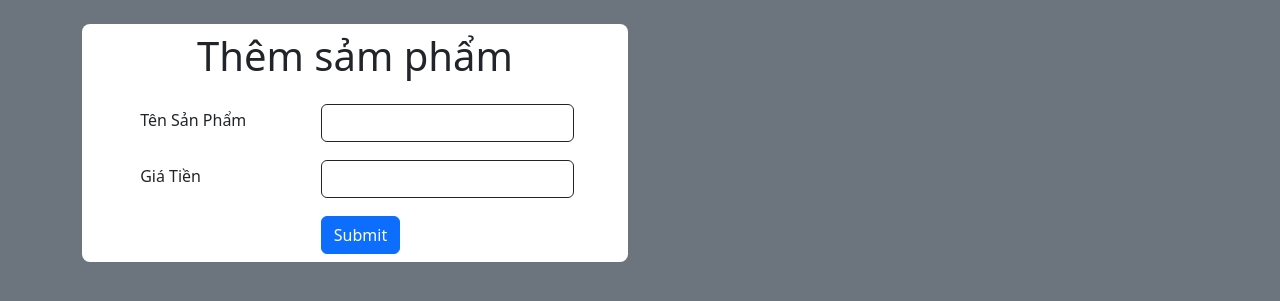
Repository: HT-35/iuh
Page: thi GK/index.html
An editor plug-in stored every save of this project. The page is shown before and after a run of saves, followed by the edit.
The browser window is 1280 px wide. The pictures show the whole page.

Above is the page before, as saved 2024-03-27 18:32:41.

After the next 4 saves:
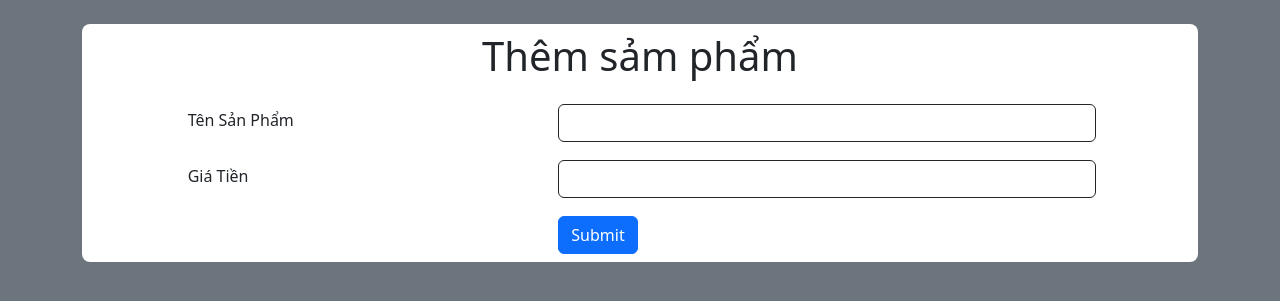
The 4 saves are shown as one change because they came seconds apart.
The last was saved 13 s later.
--- a/thi GK/index.html
+++ b/thi GK/index.html
@@ -14,7 +14,7 @@
 
     <!-- <div class="col-sm-3 col-md-3 col-lg-3"></div> -->
 
-    <div class="col-sm-6 col-md-6 col-lg-6">
+    <div class="col-12 col-sm-12 col-md-12 col-lg-12">
       <div class="  bg-white rounded-3 p-2 w-100 mt-4">
         <div class="row">
 
